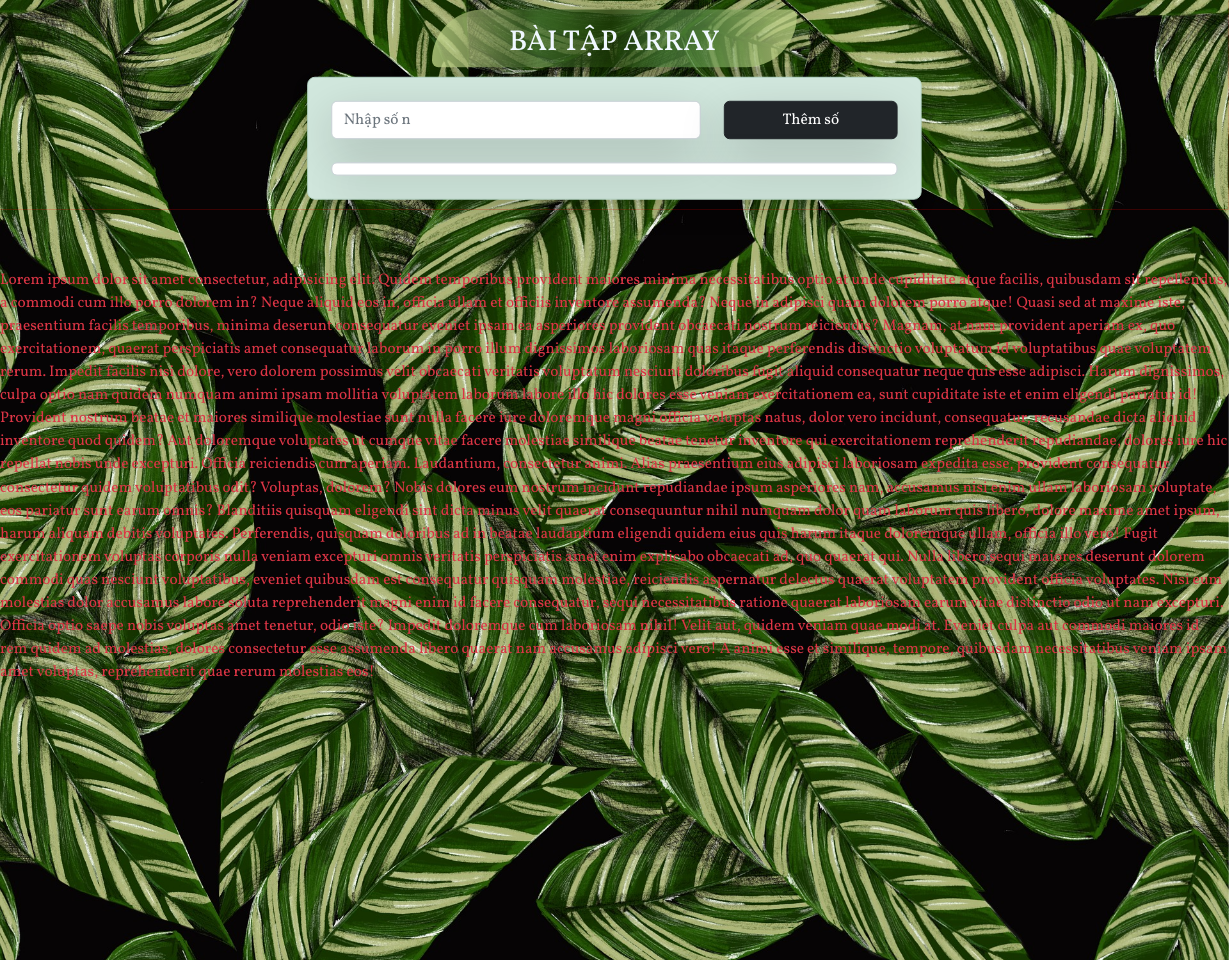
Repository: hcozyph/TranHuuPhuoc_BC43_BT_JS_Buoi7_8_ARRAY
Page: index.html
These files come from the project's save history. The page is drawn as it stood at one moment and after the next save; the edit follows.
The browser window is 1280 px wide. The pictures show the whole page, at 96% of full size.
Backgrounds fixed to the window are drawn as part of the page.

Above is the page before, as saved 2023-02-21 10:42:15.

After the next save:
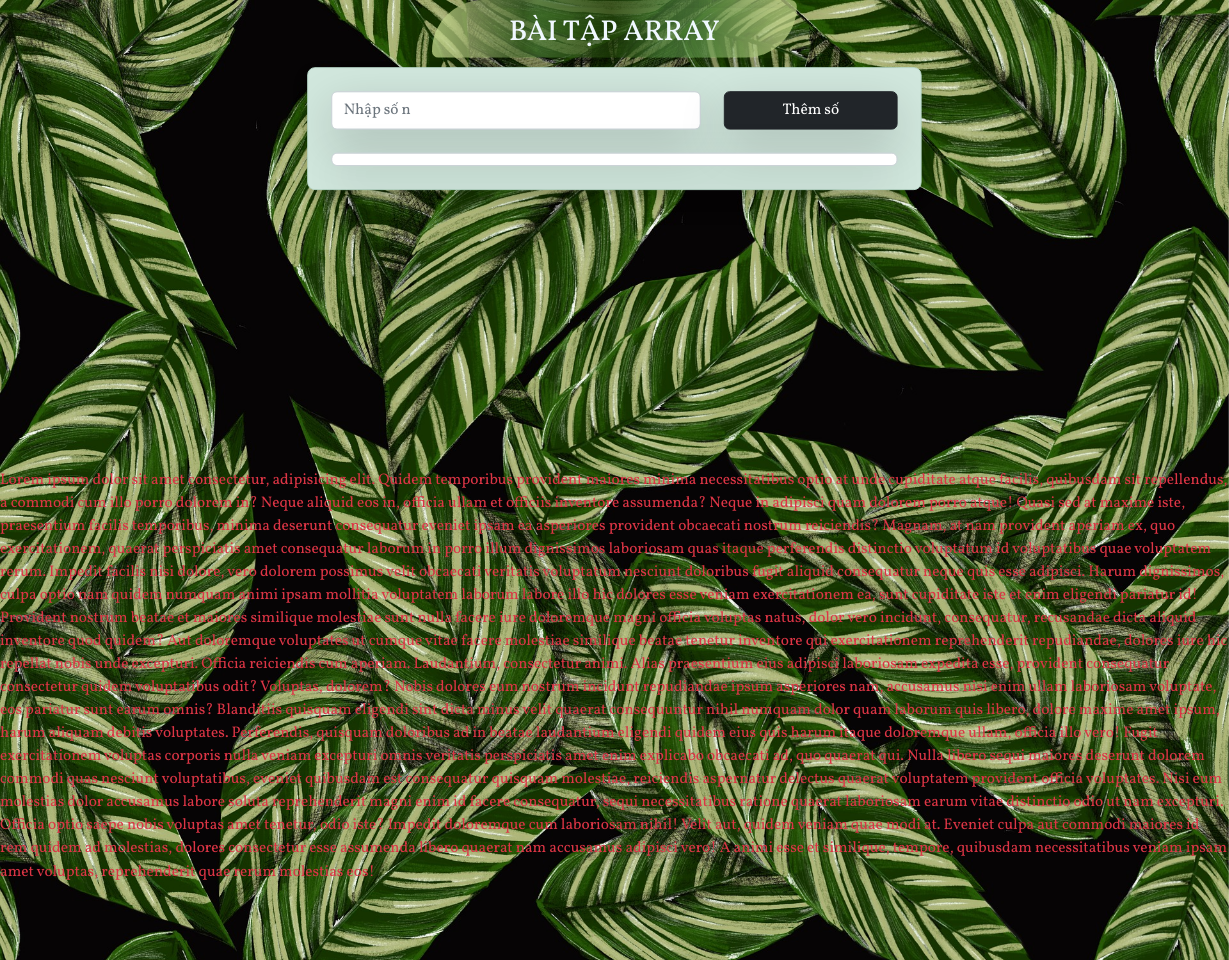
Saved 50 s later.
--- a/css/index.css
+++ b/css/index.css
@@ -46,7 +46,7 @@
     );
 }
 
-.bt-array-top {
+/* .bt-array-top {
     position: fixed;
     width: 100%;
     padding-top: 10px;
@@ -57,7 +57,7 @@
     background-position: inherit;
     background-repeat: no-repeat;
     background-attachment: fixed;
-}
+} */
 
 .bt-array-content {
     padding-top: 280px;
